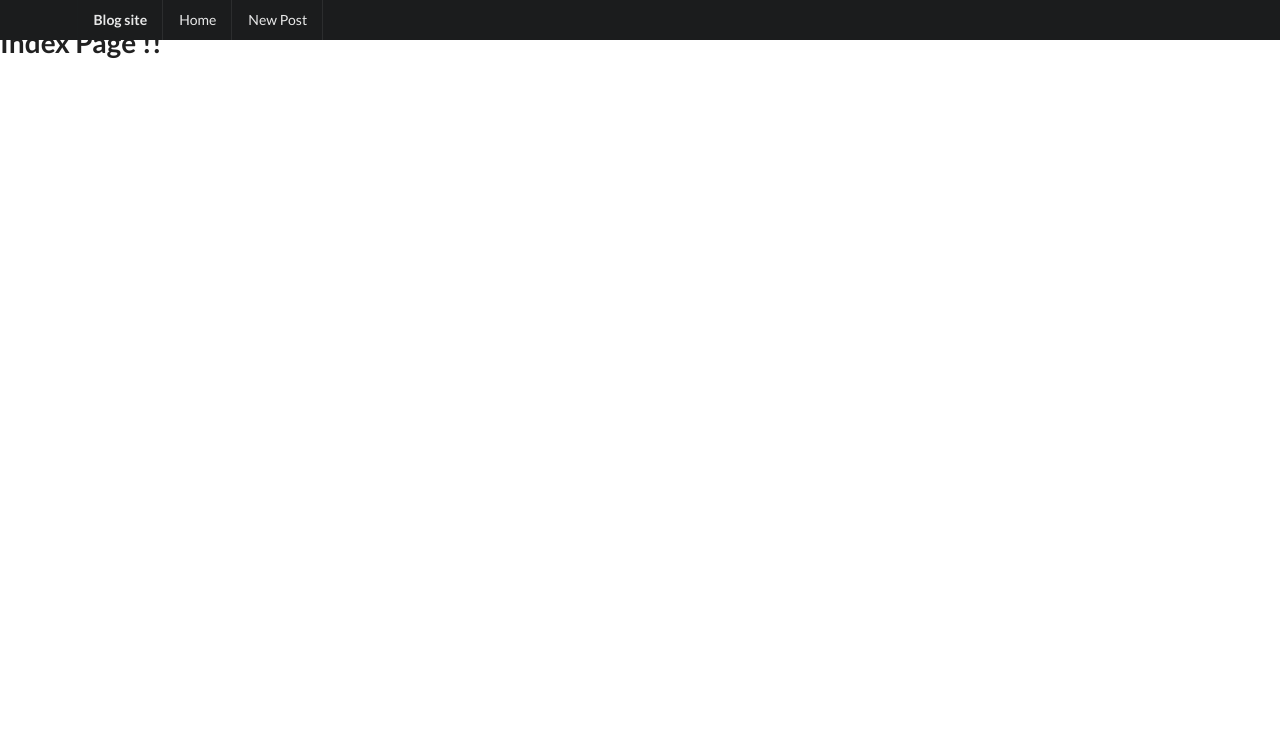
Repository: Kushagrakmr/c9backup
Page: http://localhost/blogs
The author's editor kept a record of every edit. The page is drawn from the files as they stood at one moment, then again after the next edit.
The browser window is 1280 px wide. The pictures show the whole page.
Some web libraries are served in a nearby version. The page is served by the project's Node server (RESTfulBlogApp/app.js). Queries for data that is not in the repository find no rows.

Above is the page before.

After the next edit:
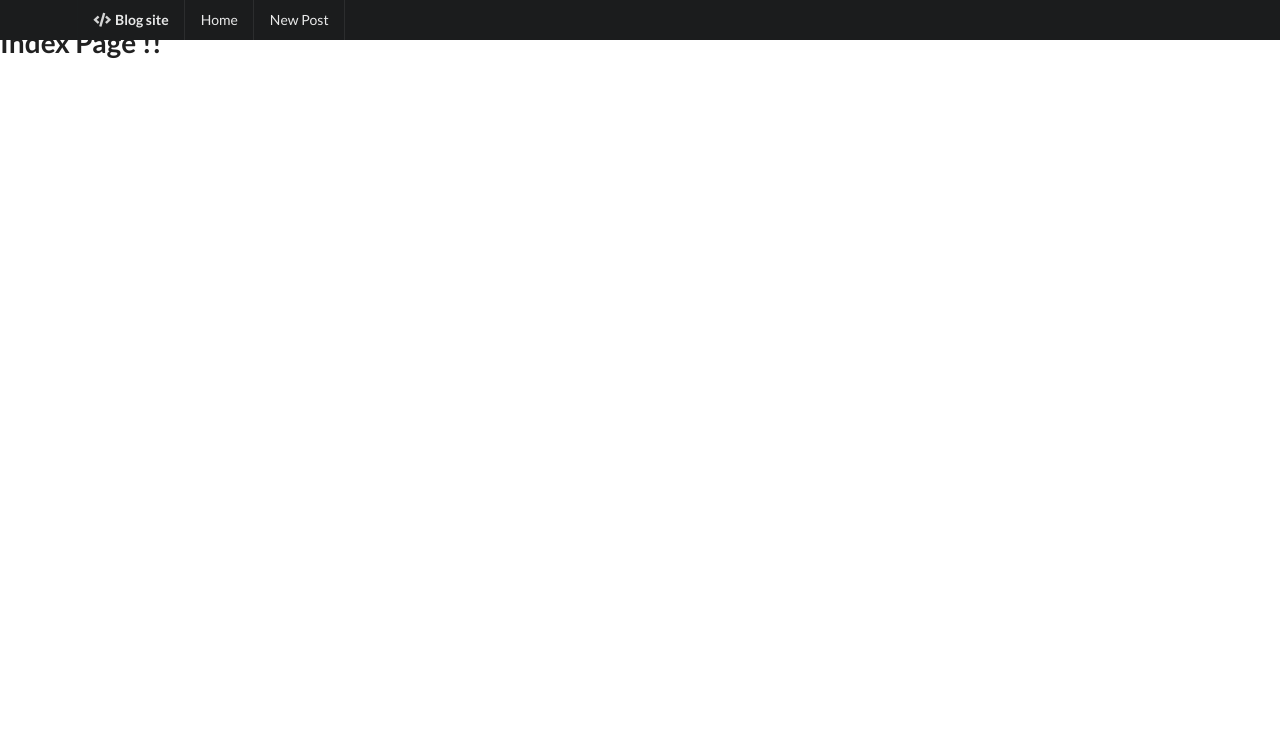
The edit:
--- a/RESTfulBlogApp/views/partials/header.ejs
+++ b/RESTfulBlogApp/views/partials/header.ejs
@@ -6,7 +6,7 @@
     <body>
        <div class = "ui fixed inverted menu">
            <div class = "ui container">
-               <div class = "header item"><i class = "code-icon"></i>Blog site</div>
+               <div class = "header item"><i class = "code icon"></i>Blog site</div>
                <a href="/" class = "item">Home</a>
                <a href="/blogs/new" class = "item">New Post</a>
            </div>
